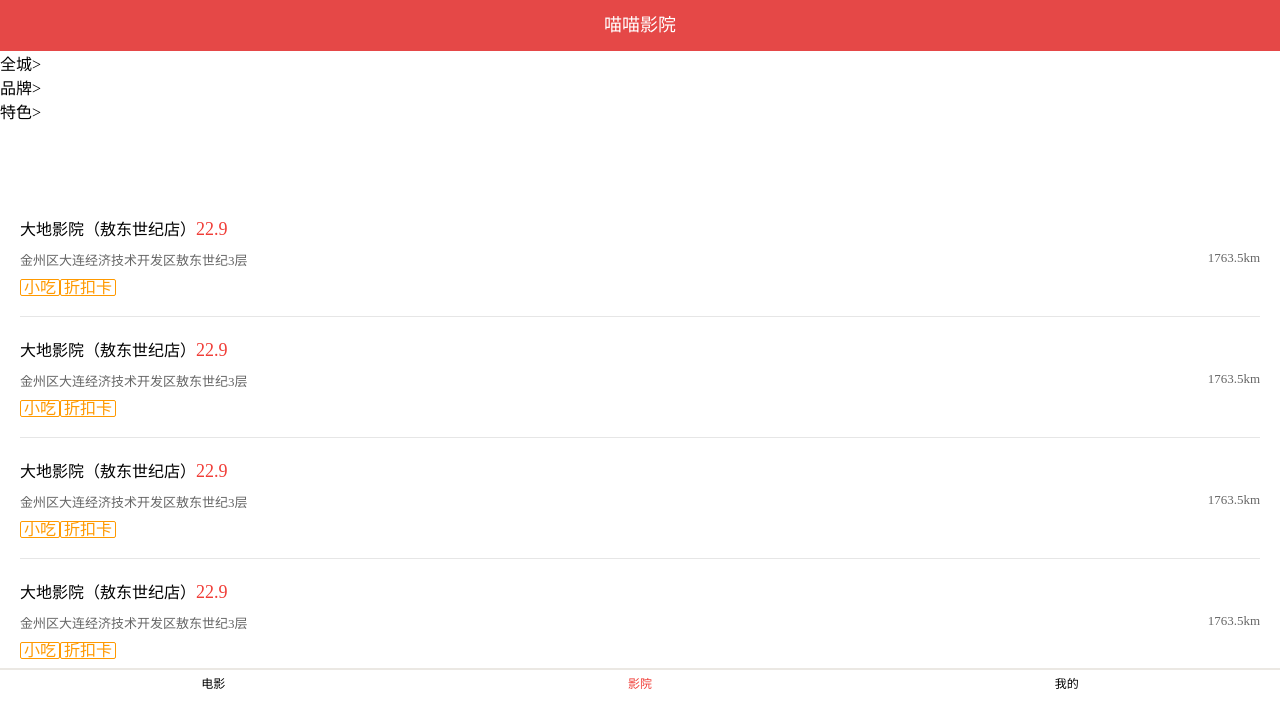
Repository: X-J-0/miaomiao_film
Page: /cinema (app in miaomiao/)
These files come from the project's save history. The page is drawn as it stood at one moment and after the next save; the edit follows.
The browser window is 1280 px wide. The pictures show the whole page.
The project was rebuilt for these pictures with package versions that can differ from the ones it lists, and the page was loaded fresh each time. Also part of the build but not shown: miaomiao/src/components/Allocate/index.vue. Imported but missing from the stored project, and not drawn on this page: miaomiao/src/components/Brand, miaomiao/src/components/Special.

Above is the page before, as saved 2020-03-24 19:41:23.

After the next save:
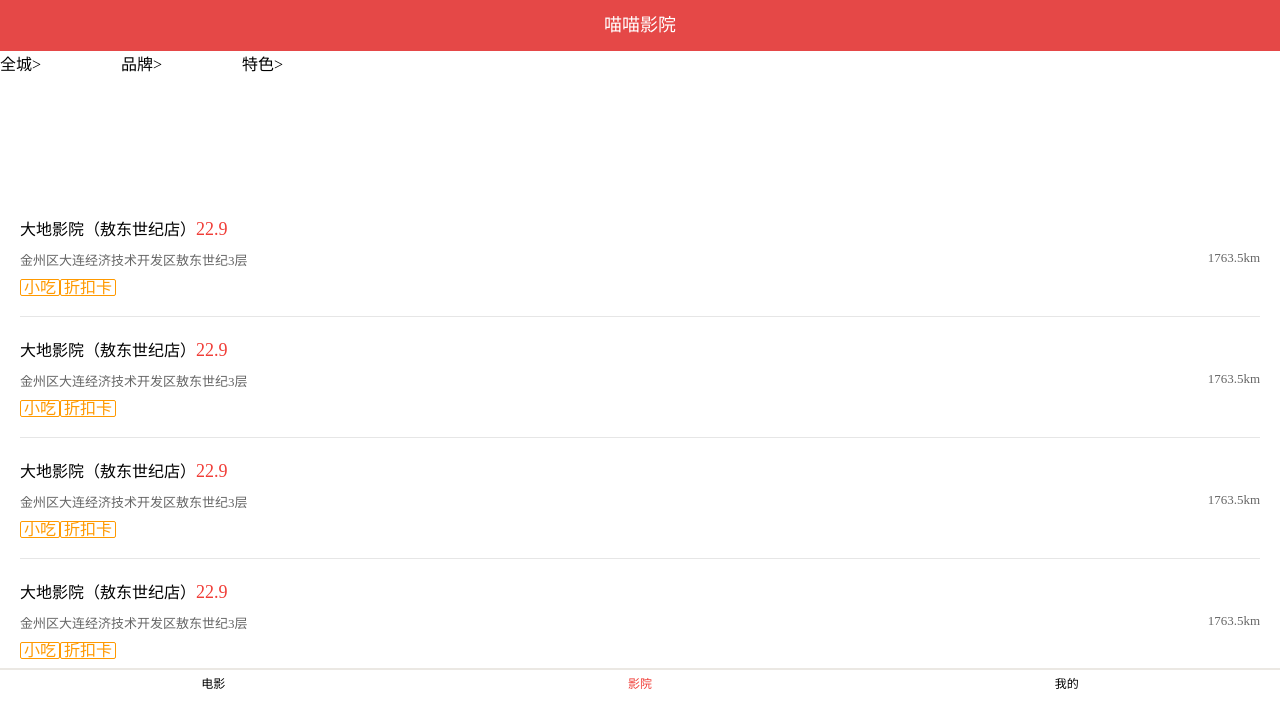
Saved 6 s later.
--- a/miaomiao/src/views/Cinema/index.vue
+++ b/miaomiao/src/views/Cinema/index.vue
@@ -41,7 +41,7 @@ export default {
 
 <style scoped>
 .cinema_menu li{
-  margin-right:850px;
+  margin-right:80px;
   float:left;
 }
 </style>
